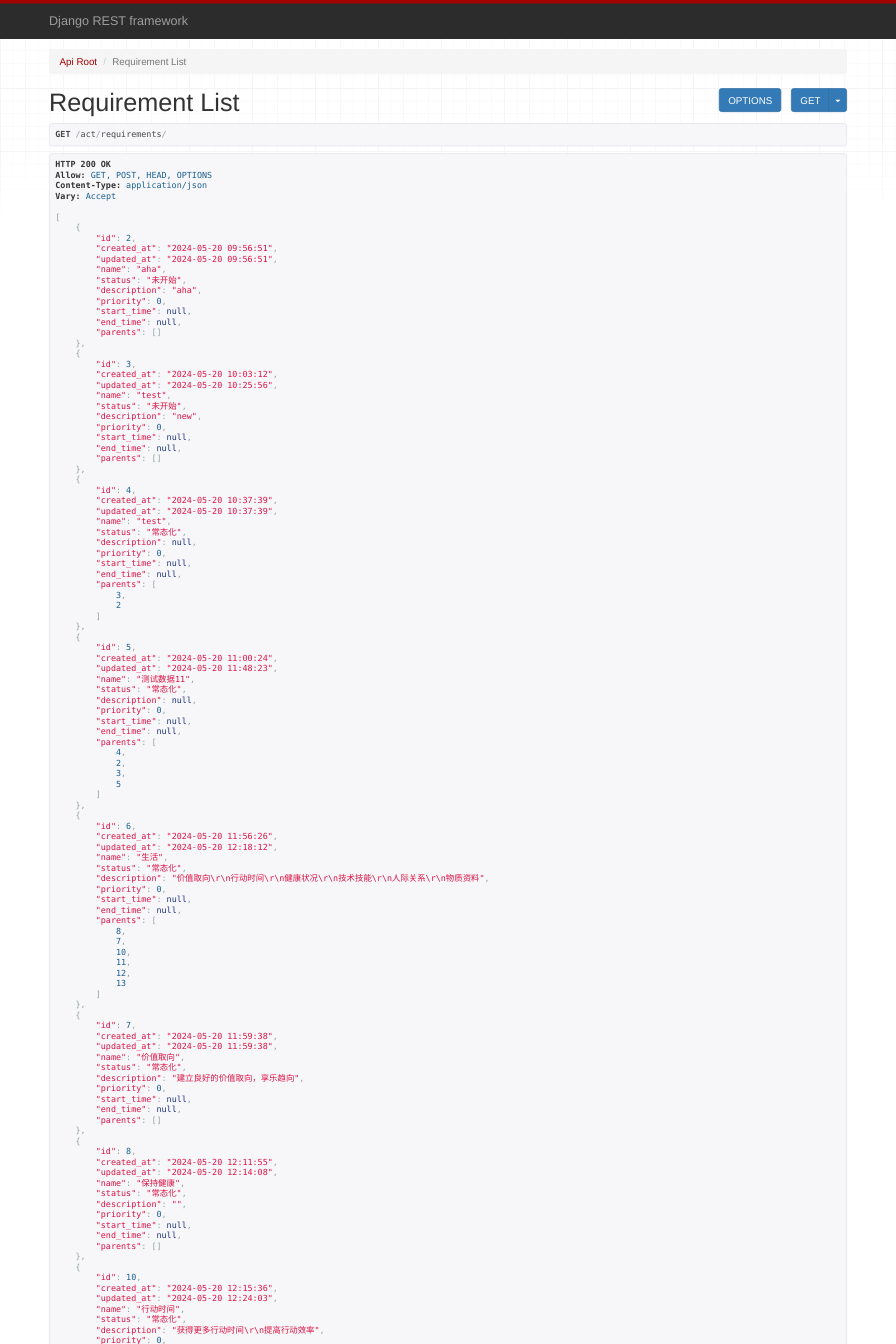
Repository: Floweroid/proj_mana
Page: http://localhost/act/requirements/
These files come from the project's save history. The page is drawn as it stood at one moment and after a run of saves; the edit follows.
The browser window is 1280 px wide. The pictures show the part of the page from y = 0 to 1920 px (the page is 3182 px tall before and 2199 px after), at 70% of full size.
Backgrounds fixed to the window are drawn as part of the page. The page is served by the project's application, run on Django 4.2 (manage.py). The page reads the database file committed with the project.

Above is the page before, as saved 2024-05-20 08:46:02.

After the next 2 saves:
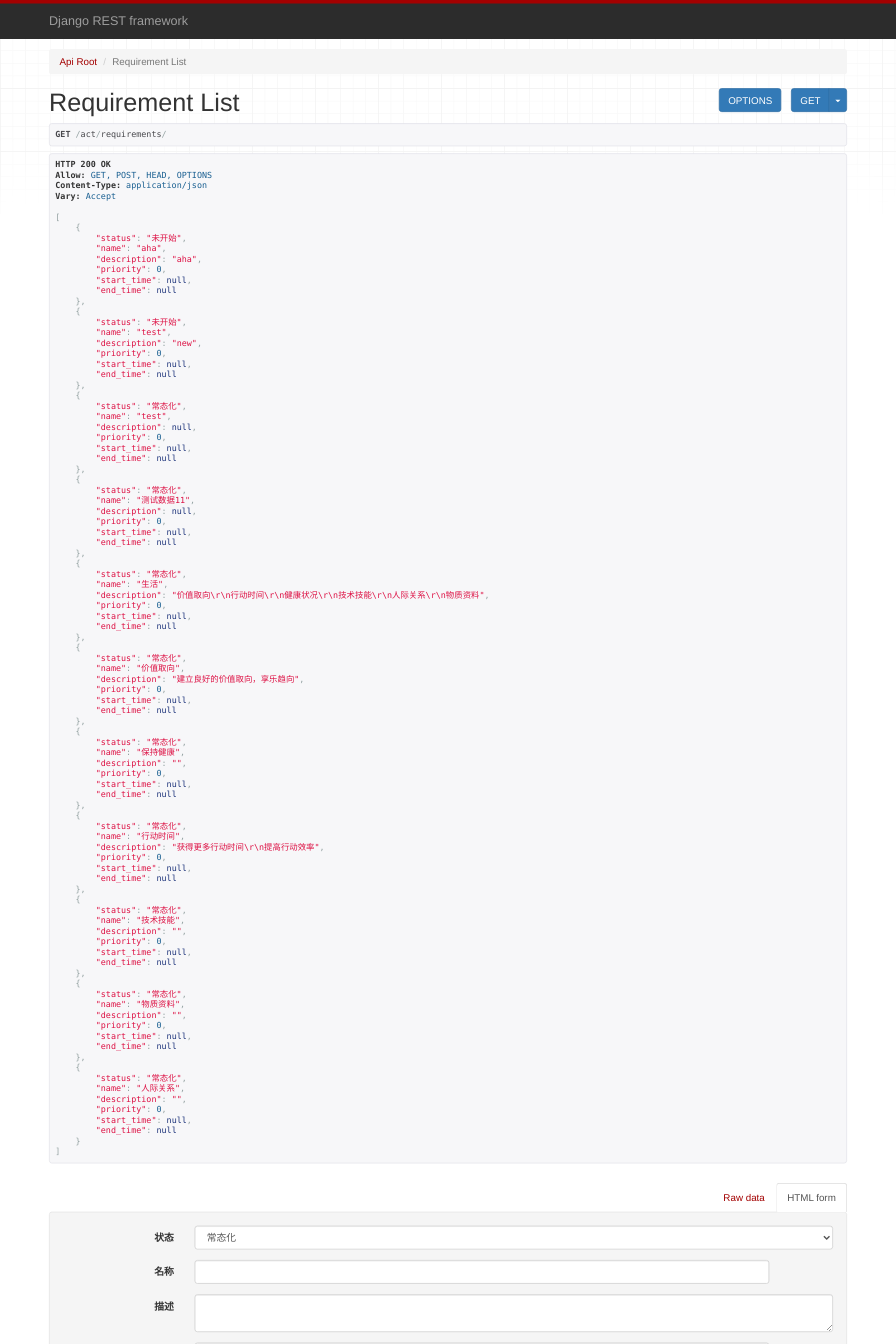
The 2 saves are shown as one change because 1 did not build or start.
The last was saved 82 s later.
--- a/act/serializers.py
+++ b/act/serializers.py
@@ -7,11 +7,11 @@ from .models import Note, Requirement
 class NoteSerializer(serializers.ModelSerializer):
     class Meta:
         model = Note
-        fields = ['status','name','description','priority','start_time','end_time']
+        fields = '__all__'
 
 class RequirementSerializer(serializers.ModelSerializer):
-    created_at = serializers.DateTimeField(format='%Y-%m-%d %H:%M:%S', required=False)
-    updated_at = serializers.DateTimeField(format='%Y-%m-%d %H:%M:%S', required=False)
+    start_time = serializers.DateTimeField(format='%Y-%m-%d %H:%M:%S', required=False)
+    end_time = serializers.DateTimeField(format='%Y-%m-%d %H:%M:%S', required=False)
     class Meta:
         model = Requirement
-        fields = '__all__'
+        fields = ['status','name','description','priority','start_time','end_time']
